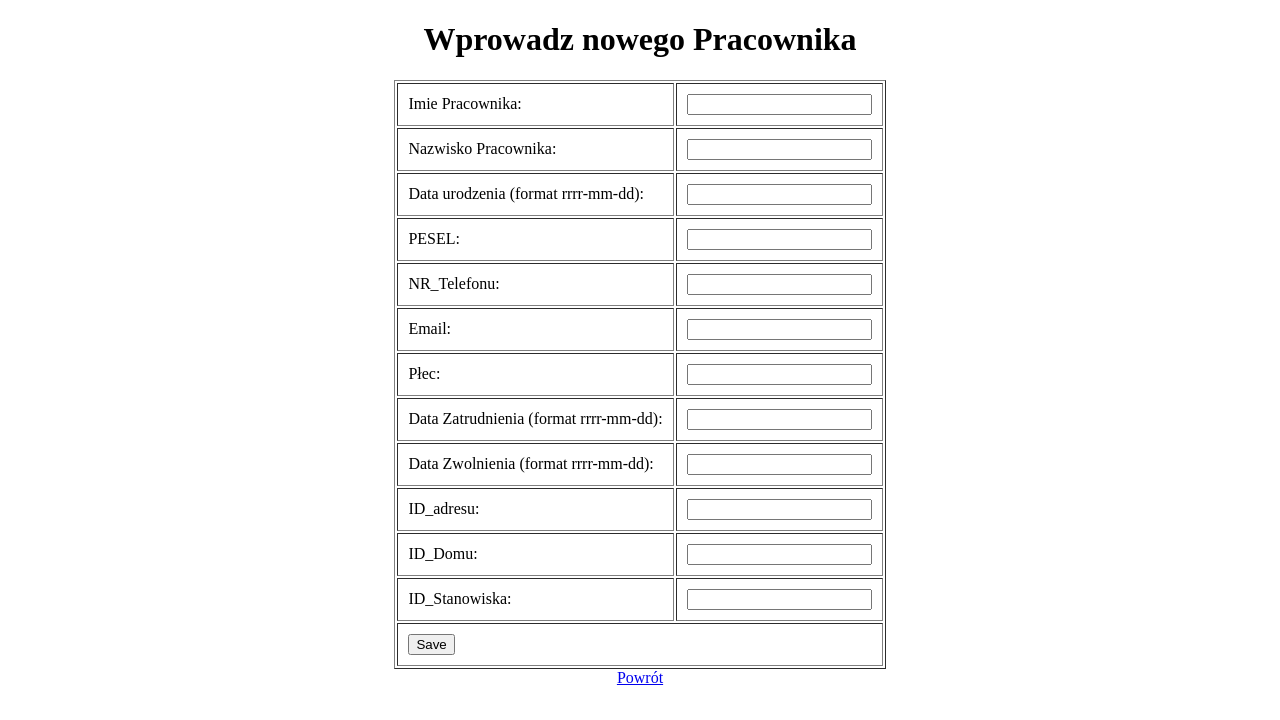
Repository: marcinRuta/houseOfCulture-crud-webapp-database
Page: http://localhost/new_pracownicy
These files come from the project's save history. The page is drawn as it stood at one moment and after the next save; the edit follows.
The browser window is 1280 px wide. The pictures show the whole page.
The page is this project's Thymeleaf template; nobody is signed in. The template is opened directly, without the code that normally fills it, so the values that code supplies are empty.

Above is the page before, as saved 2020-12-29 20:05:39.

After the next save:
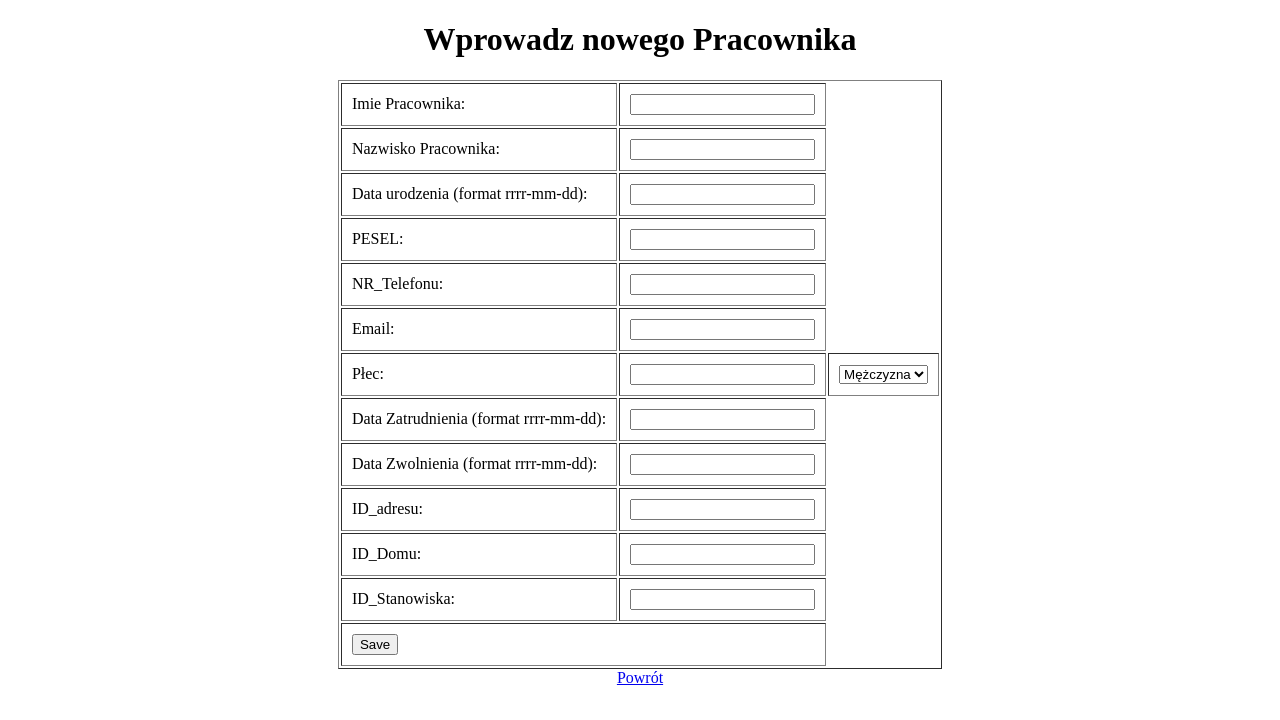
Saved 25 s later.
--- a/DomKultury/src/main/resources/templates/new_pracownicy.html
+++ b/DomKultury/src/main/resources/templates/new_pracownicy.html
@@ -64,7 +64,11 @@
 				<tr>
 					<td>Płec:</td>
 					<td><input type="text" th:field="*{Plec}"></td>
+					<td><select th:field="*Plec">
+							<option value="Mezczyzna">Mężczyzna</option>
+							<option value="Kobieta">Kobieta</option>
 
+					</select></td>
 				</tr>
 
 				<!-- Table 8th row -->
